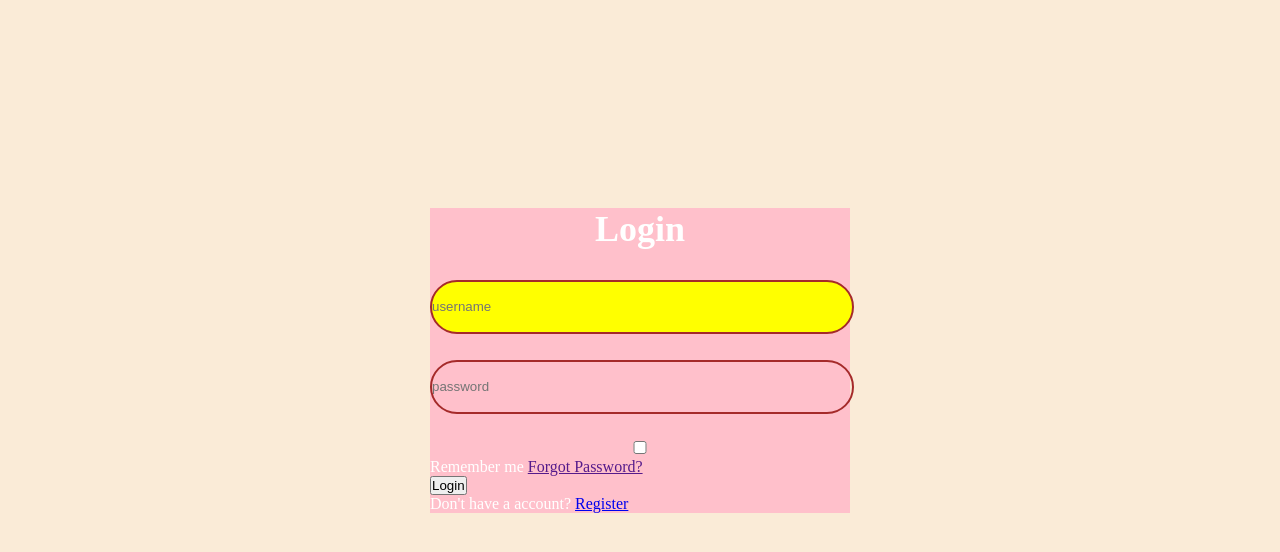
Repository: Kubraaygun/Html_Css_Login
Page: index.html
These files come from the project's save history. The page is drawn as it stood at one moment and after the next save; the edit follows.
The browser window is 1280 px wide. The pictures show the whole page.
The pointer rests on the first visible `input`.

Above is the page before, as saved 2025-03-05 19:05:27.

After the next save:
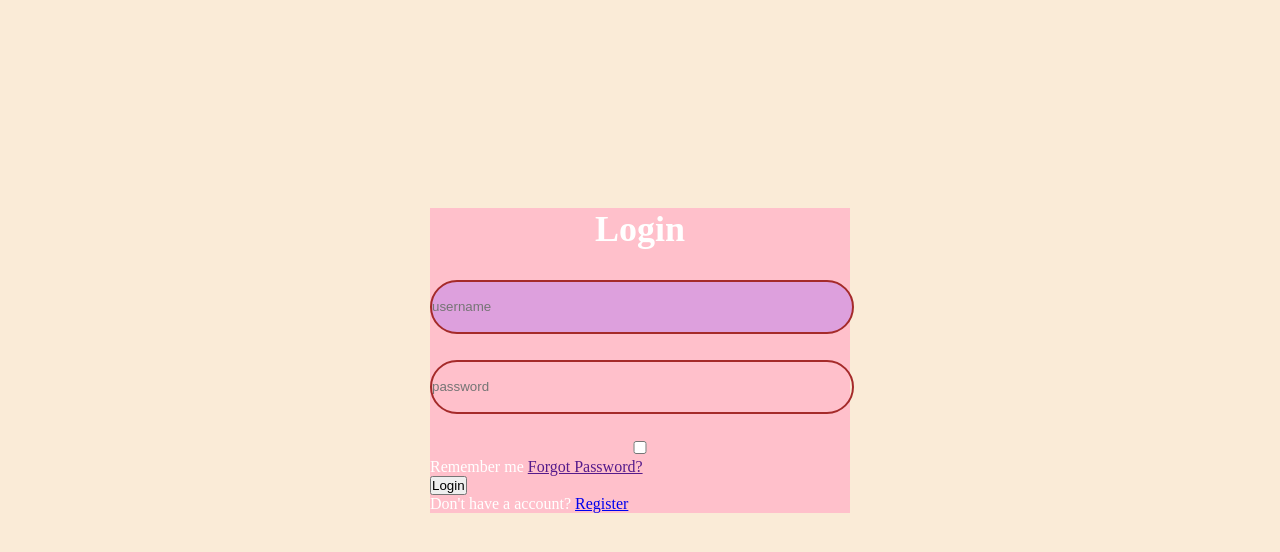
Saved 11 s later.
--- a/style.css
+++ b/style.css
@@ -37,5 +37,5 @@ input {
   border-radius: 40px;
 }
 input:hover {
-  background-color: yellow;
+  background-color: plum;
 }
